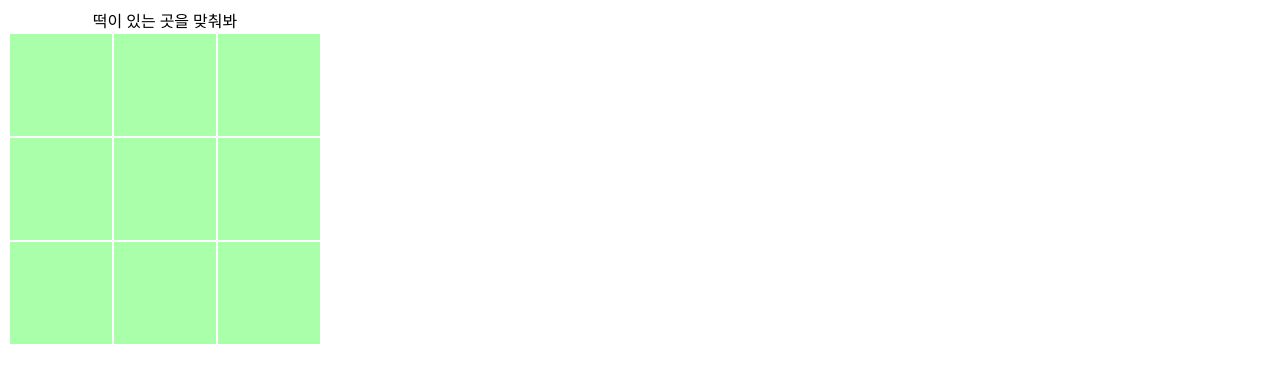
Repository: YERIN0531/SEOYERIN_WEBPRO
Page: gitSource/07_jQuery/jq01/WebContent/dduck.html
These files come from the project's save history. The page is drawn as it stood at one moment and after the next save; the edit follows.
The browser window is 1280 px wide. The pictures show the whole page.

Above is the page before, as saved 2022-06-21 07:10:56.

After the next save:
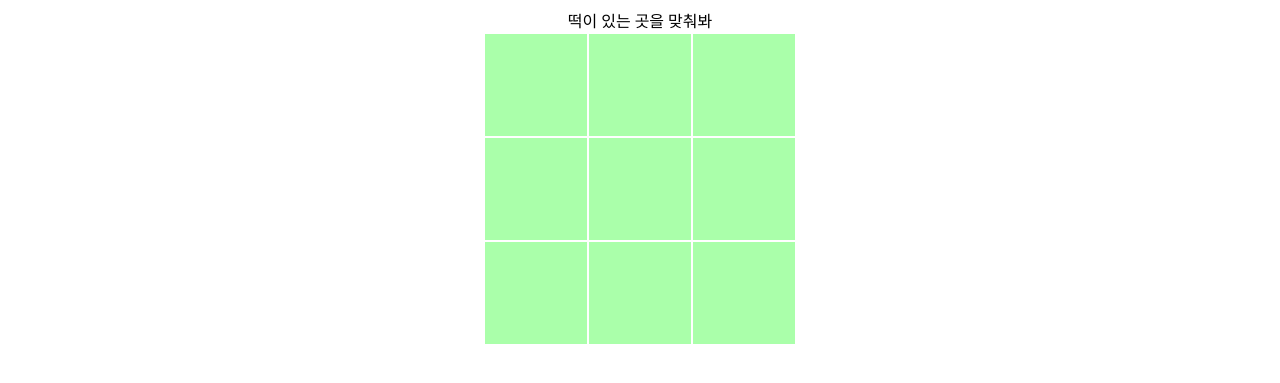
Saved 22 s later.
--- a/gitSource/07_jQuery/jq01/WebContent/dduck.html
+++ b/gitSource/07_jQuery/jq01/WebContent/dduck.html
@@ -4,10 +4,11 @@
 <meta charset="UTF-8">
 <title>Insert title here</title>
 <style>
+table{margin: 0 auto;}
 table td{width:100px; height:100px; background-color: #AAFFAA;}
 	.tdRed{background-color: red;}
 img{width:100px; height: 100px; background-size:100%}
-p{text-align: center;}
+p{}
 </style>
 <script src="https://code.jquery.com/jquery-3.6.0.min.js"></script>
 <script>
